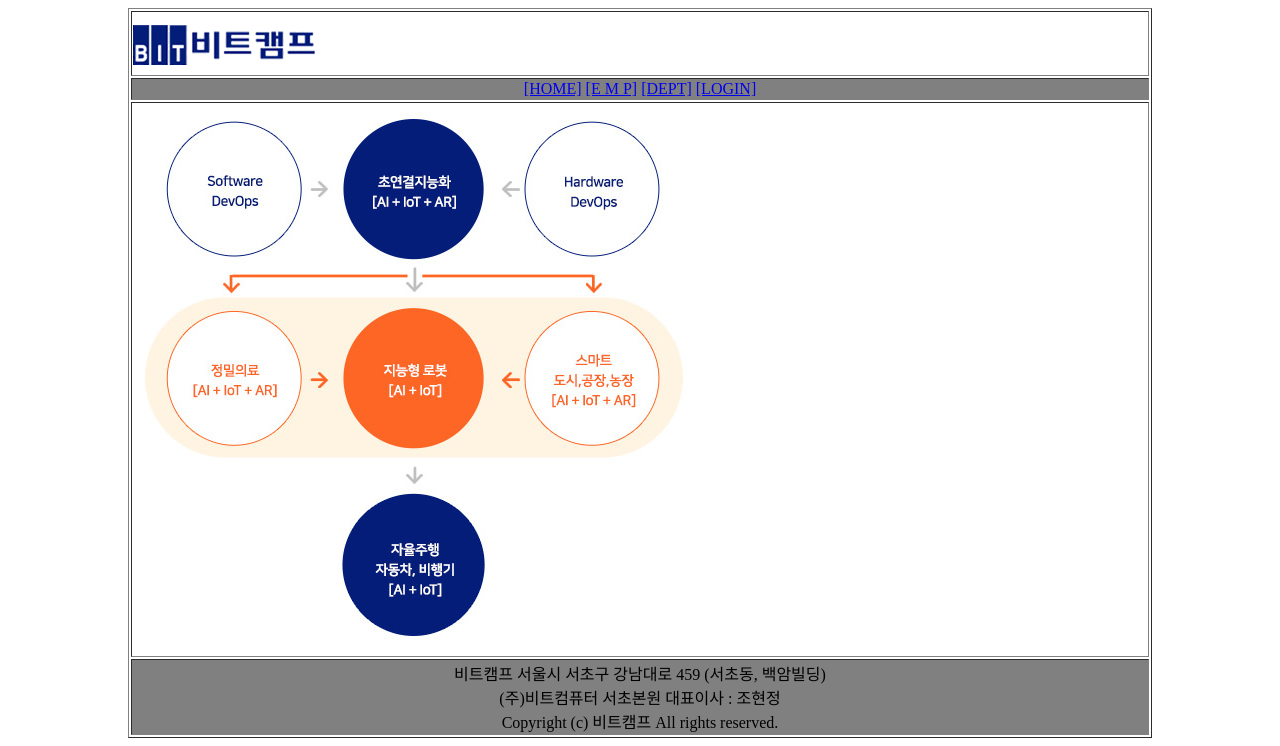
Repository: Deepsky110/LectureNotes
Page: http://localhost/web06/WEB-INF/detail.jsp
An editor plug-in stored every save of this project. The page is shown before and after the next save, followed by the edit.
The browser window is 1280 px wide. The pictures show the whole page.
The page is served by Tomcat 9. Nobody is signed in. The template is opened directly, without the code that normally fills it, so the values that code supplies are empty.

Above is the page before, as saved 2020-07-06 06:51:03.

After the next save:
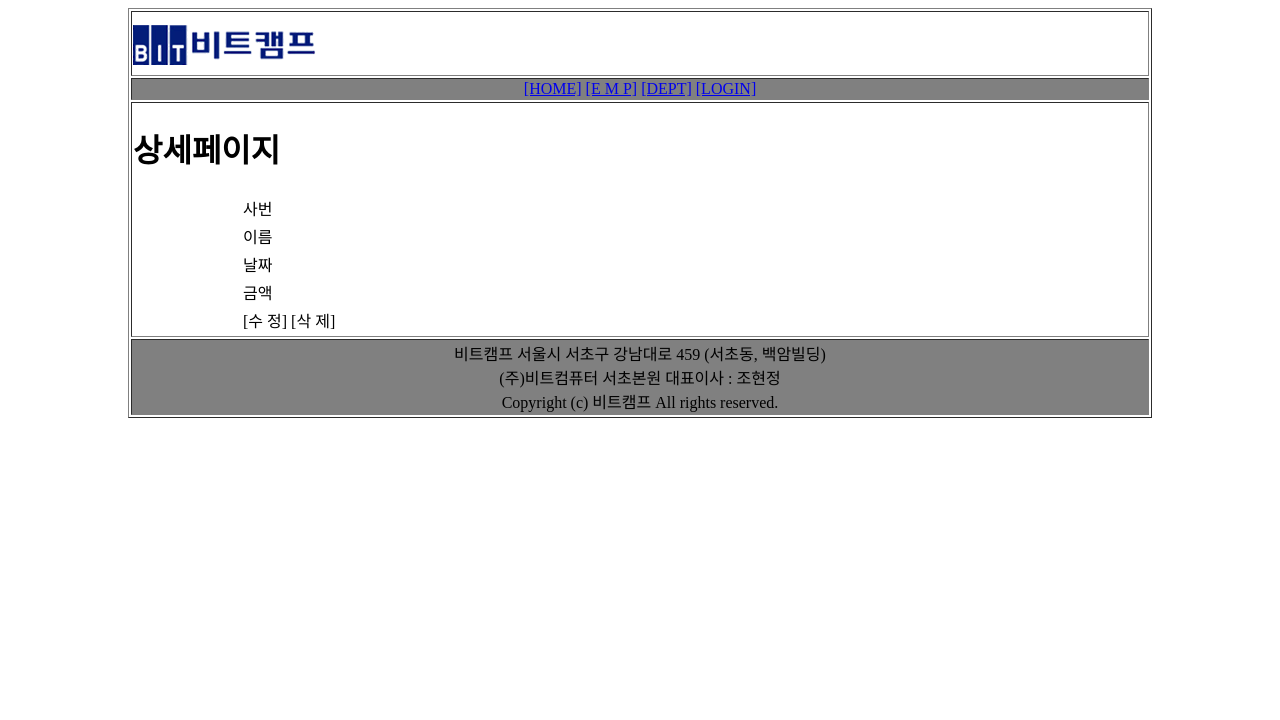
Saved 2 min 29 s later.
--- a/web06/WebContent/WEB-INF/detail.jsp
+++ b/web06/WebContent/WEB-INF/detail.jsp
@@ -24,7 +24,31 @@
 		<tr>
 			<td>
 				<!-- content start -->
-					<img alt="" src="img/img01.jpg">
+				<h1>상세페이지</h1>
+				<table width="800" align="center">
+					<tr>
+						<td>사번</td>
+						<td></td>
+					</tr>
+					<tr>
+						<td>이름</td>
+						<td></td>
+					</tr>
+					<tr>
+						<td>날짜</td>
+						<td></td>
+					</tr>
+					<tr>
+						<td>금액</td>
+						<td></td>
+					</tr>
+					<tr>
+						<td colspan="2">
+							<a>[수 정]</a>
+							<a>[삭 제]</a>
+						</td>
+					</tr>
+				</table>
 				<!-- content end -->
 			</td>
 		</tr>
